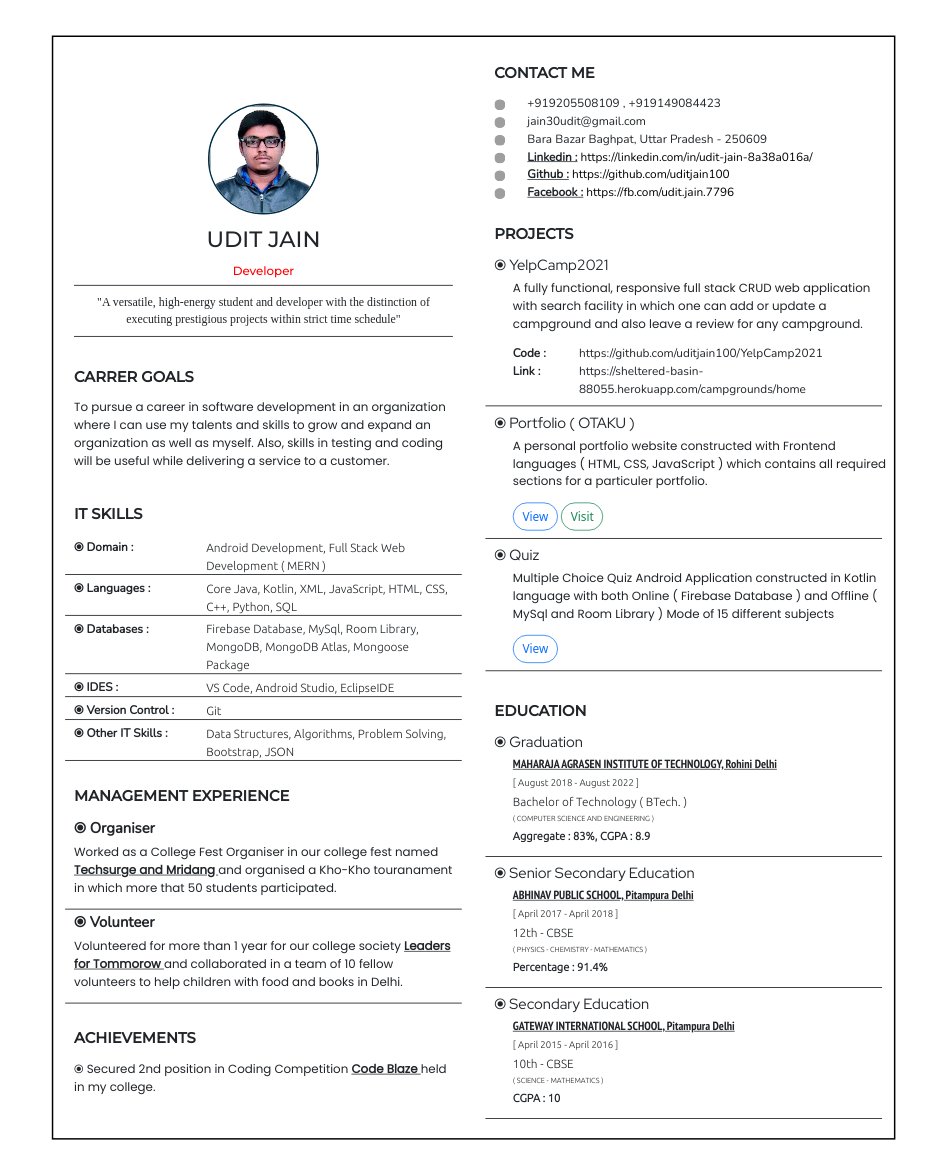
Repository: uditjain100/Resume
Page: index.html
The author's editor kept a copy of each file at every save. The page is drawn from the files as they stood at one save, then again after the next save.
The browser window is 1280 px wide. The pictures show the whole page, at 74% of full size.
Pictures or frames that could not be fetched are drawn as grey boxes. Some web fonts or font styles are not loaded; a fallback is used. Some web libraries are served in a nearby version.

Above is the page before, as saved 2021-03-03 00:31:01.

### index.html
<!-- <a
href="https://linkedin.com/in/udit-jain-8a38a016a/"
class="btn btn-outline-success rounded-pill"
>Linkedin</a
> -->
<!DOCTYPE html>
<html lang="en">
  <head>
    <meta charset="UTF-8" />
    <meta http-equiv="X-UA-Compatible" content="IE=edge" />
    <meta name="viewport" content="width=device-width, initial-scale=1.0" />
    <title>RESUME : Udit Jain</title>
    <link rel="stylesheet" href="app.css" />
    <script
      src="https://code.jquery.com/jquery-3.5.1.min.js"
      integrity="sha256-9/aliU8dGd2tb6OSsuzixeV4y/faTqgFtohetphbbj0="
      crossorigin="anonymous"
    ></script>
    <link
      href="https://cdn.jsdelivr.net/npm/bootstrap@5.0.0-beta1/dist/css/bootstrap.min.css"
      rel="stylesheet"
      integrity="sha384-giJF6kkoqNQ00vy+HMDP7azOuL0xtbfIcaT9wjKHr8RbDVddVHyTfAAsrekwKmP1"
      crossorigin="anonymous"
    />

    <link rel="preconnect" href="https://fonts.gstatic.com" />
    <link
      href="https://fonts.googleapis.com/css2?family=Montserrat:wght@300;500&display=swap"
      rel="stylesheet"
    />
    <link
      href="https://fonts.googleapis.com/css2?family=Roboto+Slab:wght@300&display=swap"
      rel="stylesheet"
    />
    <link
      href="https://fonts.googleapis.com/css2?family=Spartan:wght@500&display=swap"
      rel="stylesheet"
    />
    <link
      href="https://fonts.googleapis.com/css2?family=Red+Hat+Display&display=swap"
      rel="stylesheet"
    />
    <link
      href="https://fonts.googleapis.com/css2?family=Ubuntu:wght@300&display=swap"
      rel="stylesheet"
    />
    <link
      href="https://fonts.googleapis.com/css2?family=Quicksand:wght@700&display=swap"
      rel="stylesheet"
    />
    <link
      href="https://fonts.googleapis.com/css2?family=Nunito&display=swap"
      rel="stylesheet"
    />
    <link
      href="https://fonts.googleapis.com/css2?family=Akaya+Kanadaka&display=swap"
      rel="stylesheet"
    />
    <link
      href="https://fonts.googleapis.com/css2?family=Akaya+Kanadaka&family=PT+Sans+Narrow:wght@700&display=swap"
      rel="stylesheet"
    />
    <link
      href="https://fonts.googleapis.com/css2?family=Poppins:wght@400&display=swap"
      rel="stylesheet"
    />
  </head>
  <body class="md-5">
    <div class="container">
      <div id="wholewindow" class="row my-5">
        <div id="leftwindow" class="col-6">
          <div id="namebox" style="border: none">
            <img
              id="profileimg"
              src="profile.jpg"
              class="card-img-top"
              alt="..."
            />
            <div class="card-body">
              <h3 class="card-title" style="font-size: 30px; font-weight: 400">
                UDIT JAIN
              </h3>
              <h6 class="card-subtitle mx-auto">Developer</h6>
              <p id="summary">
                "A versatile, high-energy student and developer with the
                distinction of executing prestigious projects within strict time
                schedule"
              </p>
            </div>
          </div>
          <div id="goalbox" style="border: none">
            <div class="card-body">
              <h3 class="card-title">CARRER GOALS</h3>
              <p>
                To pursue a career in software development in an organization
                where I can use my talents and skills to grow and expand an
                organization as well as myself. Also, skills in testing and
                coding will be useful while delivering a service to a customer.
              </p>
            </div>
          </div>
          <div id="itskillsbox" style="border: none">
            <div class="card-body">
              <h3 class="card-title">IT SKILLS</h3>
              <ul class="list-group">
                <li id="itskillsitem" class="row">
                  <span class="col-4" id="que">⦿ Domain : </span>
                  <span class="col-8" id="ans"
                    >Android Development, Full Stack Web Development ( MERN
                    )</span
                  >
                </li>
                <li id="itskillsitem" class="row">
                  <span class="col-4" id="que">⦿ Languages : </span>
                  <span class="col-8" id="ans"
                    >Core Java, Kotlin, XML, JavaScript, HTML, CSS, C++, Python,
                    SQL</span
                  >
                </li>
                <li id="itskillsitem" class="row">
                  <span class="col-4" id="que">⦿ Databases : </span>
                  <span class="col-8" id="ans"
                    >Firebase Database, MySql, Room Library, MongoDB, MongoDB
                    Atlas, Mongoose Package</span
                  >
                </li>
                <li id="itskillsitem" class="row">
                  <span class="col-4" id="que">⦿ IDES : </span>
                  <span class="col-8" id="ans"
                    >VS Code, Android Studio, EclipseIDE</span
                  >
                </li>
                <li id="itskillsitem" class="row">
                  <span class="col-4" id="que">⦿ Version Control : </span>
                  <span class="col-8" id="ans">Git</span>
                </li>
                <li id="itskillsitem" class="row">
                  <span class="col-4" id="que">⦿ Other IT Skills : </span>
                  <span class="col-8" id="ans"
                    >Data Structures, Algorithms, Problem Solving, Bootstrap,
                    JSON</span
                  >
                </li>
              </ul>
            </div>
          </div>
          <div id="managementskillsbox" style="border: none">
            <div class="card-body">
              <h3 class="card-title">MANAGEMENT EXPERIENCE</h3>
              <ul class="list-group">
                <li id="managementskillsitem" class="row">
                  <h5 id="que" class="display-10">⦿ Organiser</h5>
                  <p>
                    Worked as a College Fest Organiser in our college fest named
                    <span style="font-weight: 700; text-decoration: underline"
                      >Techsurge and Mridang
                    </span>
                    and organised a Kho-Kho touranament in which more that 50
                    students participated.
                  </p>
                </li>
                <li id="managementskillsitem" class="row">
                  <h5 id="que" class="display-10">⦿ Volunteer</h5>
                  <p>
                    Volunteered for more than 1 year for our college society
                    <span style="font-weight: 700; text-decoration: underline"
                      >Leaders for Tommorow </span
                    >and collaborated in a team of 10 fellow volunteers to help
                    children with food and books in Delhi.
                  </p>
                </li>
              </ul>
            </div>
          </div>
          <div id="achievementsbox" style="border: none">
            <div class="card-body">
              <h3 class="card-title">ACHIEVEMENTS</h3>
              <ul class="list-group">
                <li id="achievementitem" class="row">
                  <p>
                    ⦿ Secured 2nd position in Coding Competition
                    <span style="font-weight: 700; text-decoration: underline"
                      >Code Blaze
                    </span>
                    held in my college.
                  </p>
                </li>
              </ul>
            </div>
          </div>
        </div>
        <div id="rightwindow" class="col-6">
          <div id="contactbox" style="border: none">
            <div class="card-body">
              <h3 class="card-title">CONTACT ME</h3>
              <ul class="list-group">
                <li id="contactitem" class="row">
                  <div class="col-1">
                    <img
                      src="https://cdn.jsdelivr.net/npm/simple-icons@3.0.1/icons/android.svg"
                      alt=""
                    />
                  </div>
                  <div class="col-11">+919205508109 , +919149084423</div>
                </li>
                <li id="contactitem" class="row">
                  <div class="col-1">
                    <img
                      src="https://cdn.jsdelivr.net/npm/simple-icons@3.0.1/icons/gmail.svg"
                      alt=""
                    />
                  </div>
                  <div class="col-11">jain30udit@gmail.com</div>
                </li>
                <li id="contactitem" class="row">
                  <div class="col-1">
                    <img
                      src="https://cdn.jsdelivr.net/npm/simple-icons@3.0.1/icons/googlemaps.svg"
                      alt=""
                    />
                  </div>
                  <div class="col-11">
                    Bara Bazar Baghpat, Uttar Pradesh - 250609
                  </div>
                </li>
                <!-- <li id="contactitem" class="row">
                  <div class="col-1">
                    <img
                      src="https://cdn.jsdelivr.net/npm/simple-icons@4.13.0/icons/webpack.svg"
                      alt=""
                    />
                  </div>
                  <div style="text-align: left; margin-left: 0" class="col-11">
                    <span style="text-decoration: underline; font-weight: 800"
                      >Portfolio :</span
                    >
                    <a
                      href="https://sheltered-basin-88055.herokuapp.com/campgrounds/home"
                      ><span
                        >https://sheltered-basin-88055.herokuapp.com/campgrounds/home</span
                      ></a
                    >
                  </div>
                </li> -->
                <li id="contactitem" class="row">
                  <div class="col-1">
                    <img
                      src="https://cdn.jsdelivr.net/npm/simple-icons@4.13.0/icons/linkedin.svg"
                      alt=""
                    />
                  </div>
                  <div style="text-align: left; margin-left: 0" class="col-11">
                    <span style="text-decoration: underline; font-weight: 800"
                      >Linkedin :</span
                    >
                    <a href="https://linkedin.com/in/udit-jain-8a38a016a/"
                      ><span
                        >https://linkedin.com/in/udit-jain-8a38a016a/</span
                      ></a
                    >
                  </div>
                </li>
                <li id="contactitem" class="row">
                  <div class="col-1">
                    <img
                      src="https://cdn.jsdelivr.net/npm/simple-icons@4.13.0/icons/github.svg"
                      alt=""
                    />
                  </div>
                  <div style="text-align: left; margin-left: 0" class="col-11">
                    <span style="text-decoration: underline; font-weight: 800"
                      >Github :</span
                    >
                    <a href="https://github.com/uditjain100"
                      ><span>https://github.com/uditjain100</span></a
                    >
                  </div>
                </li>
                <li id="contactitem" class="row">
                  <div class="col-1">
                    <img
                      src="https://cdn.jsdelivr.net/npm/simple-icons@4.13.0/icons/facebook.svg"
                      alt=""
                    />
                  </div>
                  <div style="text-align: left; margin-left: 0" class="col-11">
                    <span style="text-decoration: underline; font-weight: 800"
                      >Facebook :</span
                    >
                    <a href="https://fb.com/udit.jain.7796"
                      ><span>https://fb.com/udit.jain.7796</span></a
                    >
                  </div>
                </li>
              </ul>
            </div>
          </div>
          <div id="projectbox" style="border: none">
            <div class="card-body">
              <h3 class="card-title">PROJECTS</h3>
              <ul class="list-group">
                <li id="projectitem" class="row">
                  <h5 id="projecttitle" class="display-10">⦿ YelpCamp2021</h5>
                  <div id="projectdetails">
                    <p>
                      A fully functional, responsive full stack CRUD web
                      application with search facility in which one can add or
                      update a campground and also leave a review for any
                      campground.
                    </p>
                    <ul class="list-group">
                      <li id="contactitem" class="row">
                        <div class="col-2">
                          <span style="font-weight: 700">Code : </span>
                        </div>
                        <div class="col-10">
                          https://github.com/uditjain100/YelpCamp2021
                        </div>
                      </li>
                      <li id="contactitem" class="row">
                        <div class="col-2">
                          <span style="font-weight: 700">Link : </span>
                        </div>
                        <div class="col-10">
                          https://sheltered-basin-88055.herokuapp.com/campgrounds/home
                        </div>
                      </li>
                    </ul>
                  </div>
                </li>
                <li id="projectitem" class="row">
                  <h5 id="projecttitle" class="display-10">
                    ⦿ Portfolio ( OTAKU )
                  </h5>
                  <div id="projectdetails">
                    <p>
                      A personal portfolio website constructed with Frontend
                      languages ( HTML, CSS, JavaScript ) which contains all
                      required sections for a particuler portfolio.
                    </p>
                    <span>
                      <a
                        href="https://github.com/uditjain100/Portfolio"
                        class="btn btn-outline-primary rounded-pill"
                        >View</a
                      >
                      <a
                        href="https://sheltered-basin-88055.herokuapp.com/campgrounds/home"
                        class="btn btn-outline-success rounded-pill"
                        >Visit</a
                      >
                    </span>
                  </div>
                </li>
                <li id="projectitem" class="row">
                  <h5 id="projecttitle" class="display-10">⦿ Quiz</h5>
                  <div id="projectdetails">
                    <p>
                      Multiple Choice Quiz Android Application constructed in
                      Kotlin language with both Online ( Firebase Database ) and
                      Offline ( MySql and Room Library ) Mode of 15 different
                      subjects
                    </p>
                    <span>
                      <a
                        href="https://github.com/uditjain100/Quiz"
                        class="btn btn-outline-primary rounded-pill"
                        >View</a
                      >
                    </span>
                  </div>
                </li>
              </ul>
            </div>
          </div>
          <div id="educationbox" style="border: none">
            <div class="card-body">
              <h3 class="card-title">EDUCATION</h3>
              <ul class="list-group">
                <li id="educationitem" class="row">
                  <h5 id="educationtitle" class="display-10">⦿ Graduation</h5>
                  <div id="details" style="margin-left: 25px">
                    <h6
                      id="institutename"
                      style="font-family: 'PT Sans Narrow'"
                      class="display-12"
                    >
                      MAHARAJA AGRASEN INSTITUTE OF TECHNOLOGY, Rohini Delhi
                    </h6>
                    <h6
                      class="text-fade"
                      id="timestamp"
                      style="font-weight: 400"
                    >
                      [ August 2018 - August 2022 ]
                    </h6>
                    <h6 id="stream">Bachelor of Technology ( BTech. )</h6>
                    <h6 id="subjects">( COMPUTER SCIENCE AND ENGINEERING )</h6>
                    <h6 id="marks">Aggregate : 83%, CGPA : 8.9</h6>
                  </div>
                </li>
                <li id="educationitem" class="row">
                  <h5 id="educationtitle" class="display-10">
                    ⦿ Senior Secondary Education
                  </h5>
                  <div id="details" style="margin-left: 25px">
                    <h6
                      id="institutename"
                      style="font-family: 'PT Sans Narrow'"
                      class="display-12"
                    >
                      ABHINAV PUBLIC SCHOOL, Pitampura Delhi
                    </h6>
                    <h6
                      class="text-fade"
                      id="timestamp"
                      style="font-weight: 400"
                    >
                      [ April 2017 - April 2018 ]
                    </h6>
                    <h6 id="stream">12th - CBSE</h6>
                    <h6 id="subjects">( PHYSICS - CHEMISTRY - MATHEMATICS )</h6>
                    <h6 id="marks">Percentage : 91.4%</h6>
                  </div>
                </li>
                <li id="educationitem" class="row">
                  <h5 id="educationtitle" class="display-10">
                    ⦿ Secondary Education
                  </h5>
                  <div id="details" style="margin-left: 25px">
                    <h6
                      id="institutename"
                      style="font-family: 'PT Sans Narrow'"
                      class="display-12"
                    >
                      GATEWAY INTERNATIONAL SCHOOL, Pitampura Delhi
                    </h6>
                    <h6
                      class="text-fade"
                      id="timestamp"
                      style="font-weight: 400"
                    >
                      [ April 2015 - April 2016 ]
                    </h6>
                    <h6 id="stream">10th - CBSE</h6>
                    <h6 id="subjects">( SCIENCE - MATHEMATICS )</h6>
                    <h6 id="marks">CGPA : 10</h6>
                  </div>
                </li>
              </ul>
            </div>
          </div>
        </div>
      </div>
    </div>

    <script
      src="https://cdn.jsdelivr.net/npm/@popperjs/core@2.6.0/dist/umd/popper.min.js"
      integrity="sha384-KsvD1yqQ1/1+IA7gi3P0tyJcT3vR+NdBTt13hSJ2lnve8agRGXTTyNaBYmCR/Nwi"
      crossorigin="anonymous"
    ></script>
    <script
      src="https://cdn.jsdelivr.net/npm/bootstrap@5.0.0-beta2/dist/js/bootstrap.min.js"
      integrity="sha384-nsg8ua9HAw1y0W1btsyWgBklPnCUAFLuTMS2G72MMONqmOymq585AcH49TLBQObG"
      crossorigin="anonymous"
    ></script>
  </body>
</html>

### app.css
/* * Common Section */

@keyframes transitionIn {
  from {
    opacity: 0;
    transform: rotateY(-10deg);
  }
  to {
    opacity: 1;
    transform: rotateY(0);
  }
}

html {
  animation: transitionIn 1s;
}

/* * Navbar Section */

#navtitle {
  font-family: "Montserrat";
  font-size: 25px;
  font-weight: 300;
  margin-left: 30px;
}

/*  ********************* resume work */

#wholewindow {
  margin-top: 100px;
  border: 2px black solid;
  display: flex;
  flex-direction: row;
  flex-wrap: wrap;
  justify-content: space-evenly;
  /* align-items: center; */
}

#leftwindow {
  margin-top: 80px;
  min-width: 250px;
}

#rightwindow {
  margin-top: 20px;
  min-width: 250px;
}

#namebox {
  display: flex;
  flex-direction: column;
  flex-wrap: wrap;
  align-items: center;
  text-align: center;
  font-family: "Montserrat";
}

#profileimg {
  width: 150px;
  height: 150px;
  border-radius: 50%;
  border: 2px #003049 solid;
  margin-top: 10px;
}
#summary {
  font-family: "Akaya Kanadaka";
  margin-top: 10px;
  margin-bottom: 10px;
  padding-top: 10px;
  padding-bottom: 10px;

  border-bottom: 1px black solid;
  border-top: 1px black solid;
}

.card-subtitle {
  color: red;
}

#itskillsitem,
#managementskillsitem {
  border-bottom: 1px black solid;
  margin-top: 3px;
  margin-bottom: 3px;
}

#que {
  font-family: "Nunito";
  font-weight: 900;
  text-align: left;
}

#ans {
  font-family: "Ubuntu";
  font-weight: 400;
  text-align: left;
}

li img {
  width: 15px;
  height: 15px;
  border-radius: 50%;
  margin-right: 5px;
}

#contactitem {
  font-family: "Nunito";
}

#contactitem div a {
  color: black;
  text-decoration: none;
  transition: 0.3s;
}

#contactitem div a:hover {
  color: dodgerblue;
  text-decoration: underline;
}

#educationtitle {
  font-family: "Red Hat Display";
  font-weight: 200;
}

#educationitem,
#projectitem {
  margin-bottom: 10px;
  padding-bottom: 10px;
  border-bottom: 1px black solid;
}

#details {
  font-family: "Ubuntu";
}

#institutename {
  text-decoration: underline;
}

#timestamp {
  font-size: 13px;
}

#stream {
  font-size: 16px;
  font-weight: 400;
}

#subjects {
  font-size: 10px;
  font-weight: 300;
}

#marks {
  font-size: 15px;
  font-weight: 700;
}

#projecttitle {
  font-family: "Red Hat Display";
  font-weight: 400;
}

#projectdetails {
  margin-left: 25px;
}

p {
  font-family: "Poppins";
}

.card {
  background-color: black;
}

.card-title {
  font-family: "Montserrat";
  font-weight: 900;
  font-size: 20px;
  padding-bottom: 10px;
  border: none;
}

/* * Common Section */

.footer {
  position: -webkit-sticky;
  left: 0;
  bottom: 0;
  width: 100%;
  color: white;
  text-align: center;
  font-family: "Montserrat";
}

After the next save:
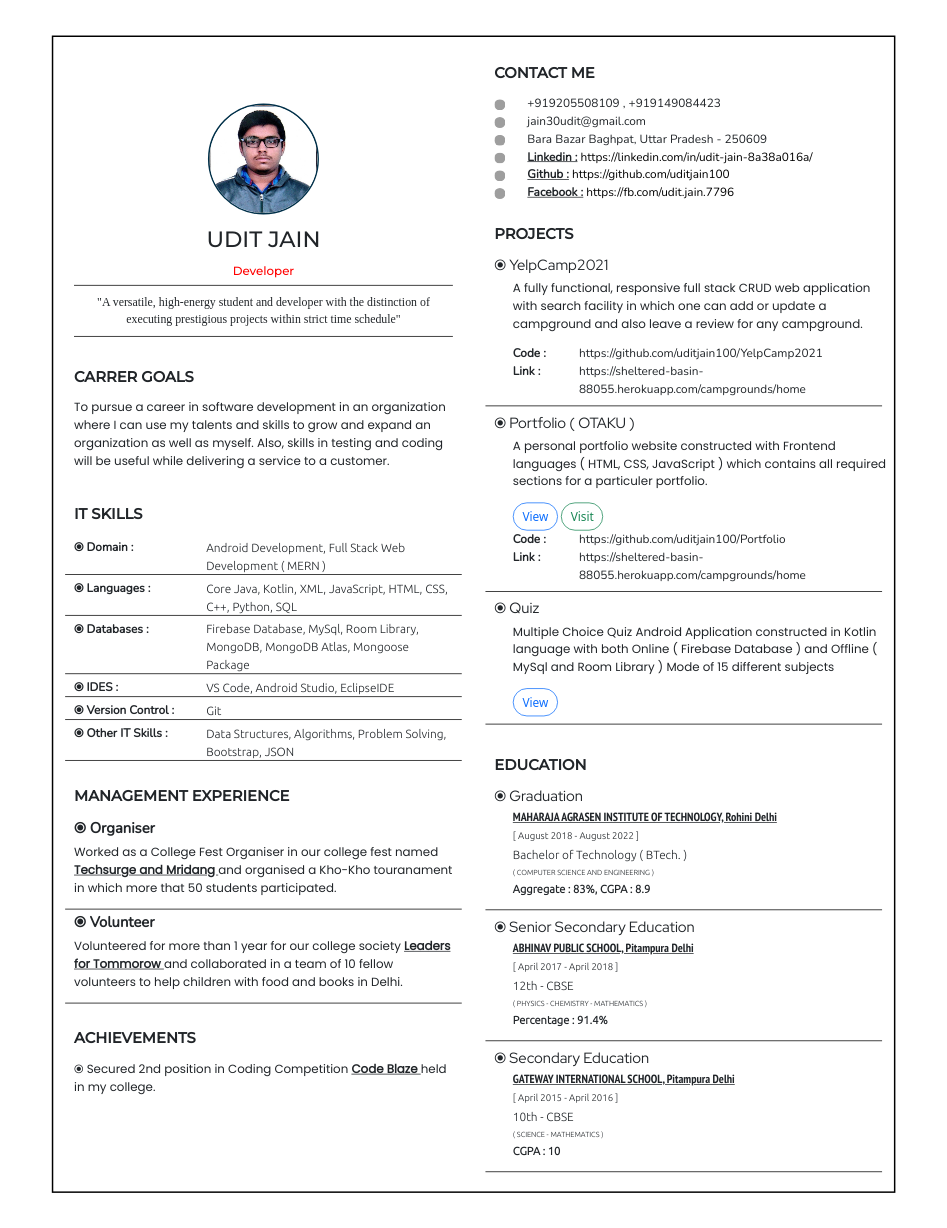
Saved 55 s later.
--- a/index.html
+++ b/index.html
@@ -350,6 +350,24 @@ class="btn btn-outline-success rounded-pill"
                         >Visit</a
                       >
                     </span>
+                    <ul class="list-group">
+                      <li id="contactitem" class="row">
+                        <div class="col-2">
+                          <span style="font-weight: 700">Code : </span>
+                        </div>
+                        <div class="col-10">
+                          https://github.com/uditjain100/Portfolio
+                        </div>
+                      </li>
+                      <li id="contactitem" class="row">
+                        <div class="col-2">
+                          <span style="font-weight: 700">Link : </span>
+                        </div>
+                        <div class="col-10">
+                          https://sheltered-basin-88055.herokuapp.com/campgrounds/home
+                        </div>
+                      </li>
+                    </ul>
                   </div>
                 </li>
                 <li id="projectitem" class="row">
